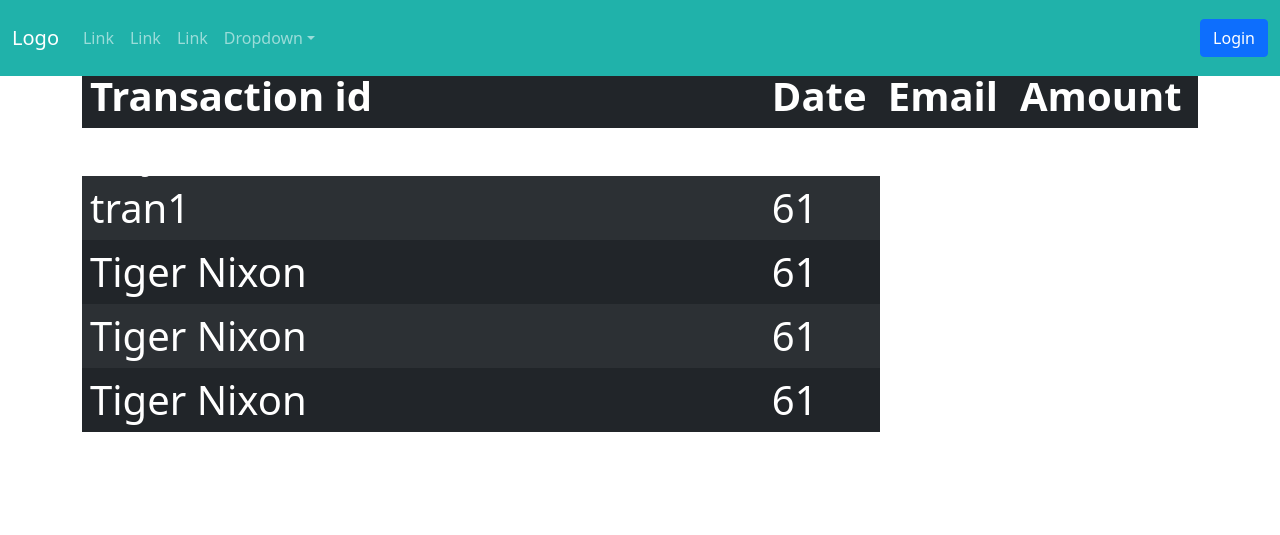
Repository: Sadia-Naveed-Shaikh/JavaScript-Website
Page: src/Listing.html
An editor plug-in stored every save of this project. The page is shown before and after the next save, followed by the edit.
The browser window is 1280 px wide. The pictures show the whole page.
Some web libraries are served in a nearby version.

Above is the page before, as saved 2021-10-28 16:29:35.

After the next save:
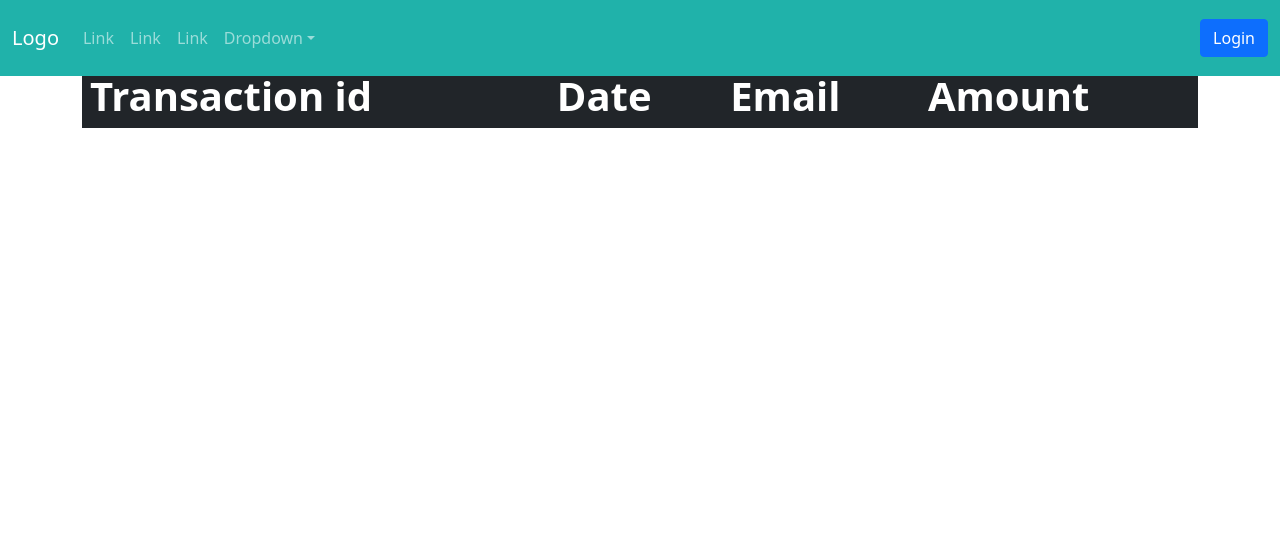
Console error: SyntaxError: Unexpected token ';'
Saved 40 s later.
--- a/src/Listing.html
+++ b/src/Listing.html
@@ -86,7 +86,10 @@
                     console.log(myObj.length);
                     var table = document.getElementById('tableContents');
                     for (let i = 0; i < myObj.length; i++) {
-                        tableContents += '<tr><td>' + myObj[i].tran_id + '</td><td>' + myObj[i].date + '</td></tr>';
+                        tableContents += '<tr><td>' + myObj[i].tran_id + '</td><td>' + myObj[i].date + '</td></tr>' +
+                         '</td><td>' +
+
+                        ;
                     }
                     table.innerHTML = tableContents;
                 };

After the save that followed:
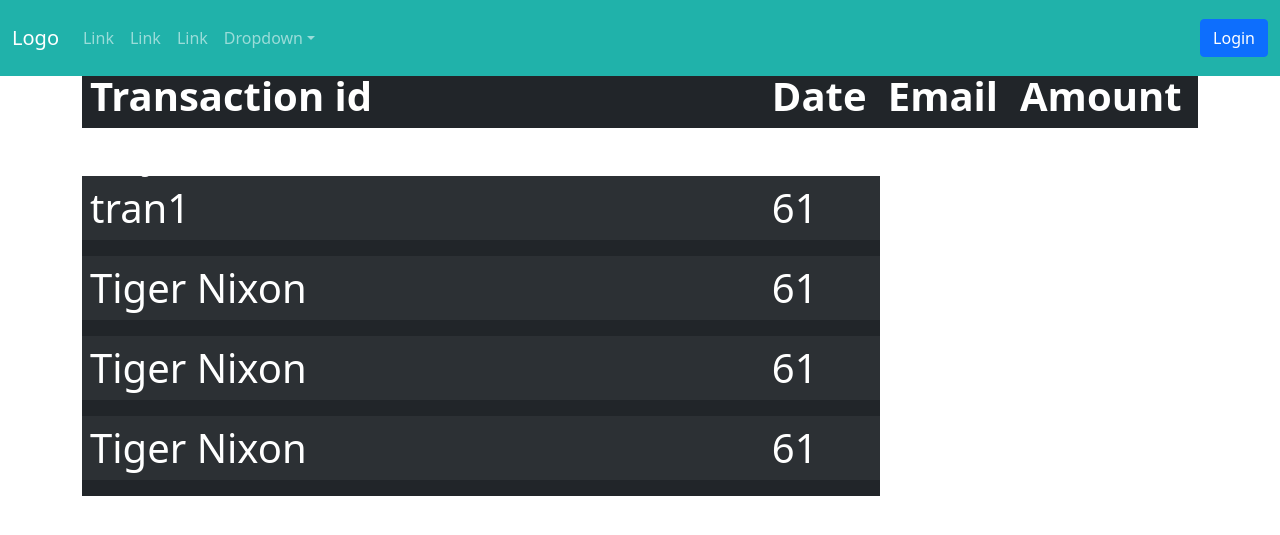
The error is gone.
Saved 43 s later.
--- a/src/Listing.html
+++ b/src/Listing.html
@@ -87,8 +87,7 @@
                     var table = document.getElementById('tableContents');
                     for (let i = 0; i < myObj.length; i++) {
                         tableContents += '<tr><td>' + myObj[i].tran_id + '</td><td>' + myObj[i].date + '</td></tr>' +
-                         '</td><td>' +
-
+                         '</td><td>' + myObj[i].email + '</td><td>' + myObj[i].amount
                         ;
                     }
                     table.innerHTML = tableContents;
